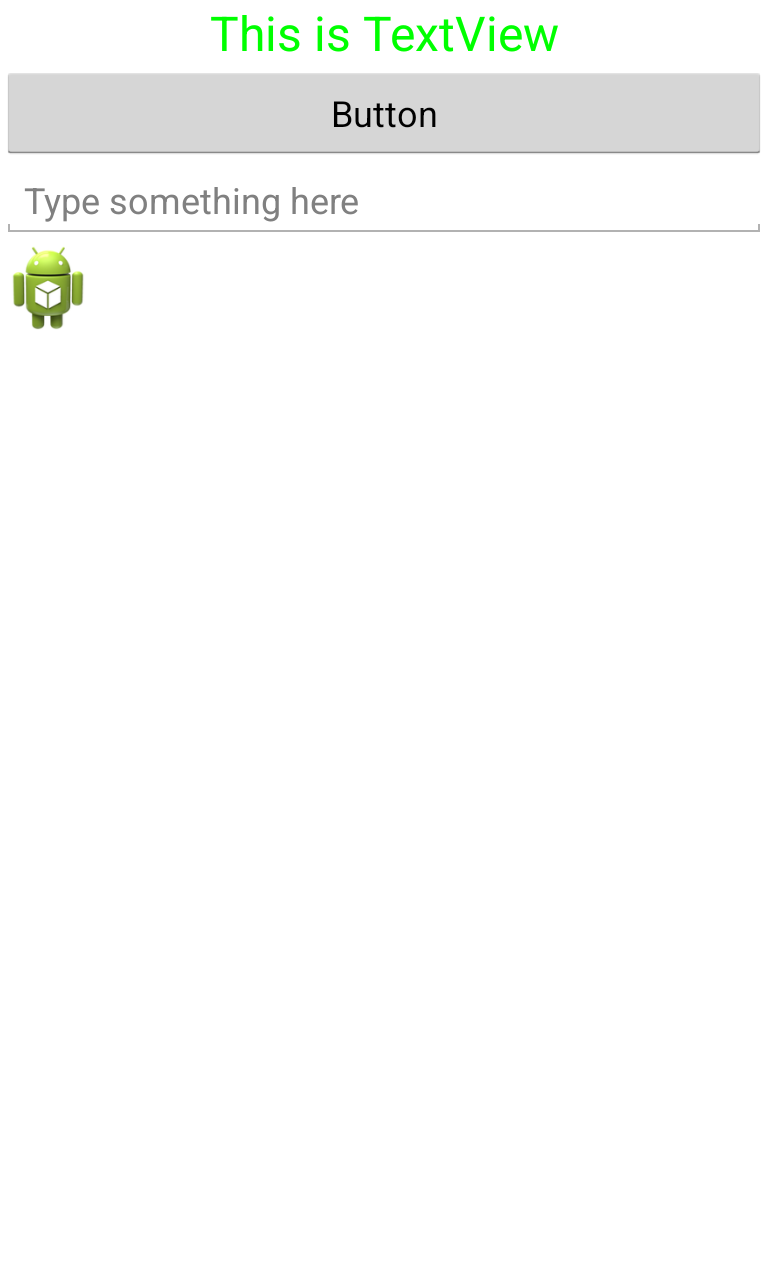
Repository: Wang-Xuan/Hello-World
Layout: UIWidgetTest/res/layout/activity_main.xml
An editor plug-in stored every save of this project. The layout is shown before and after the next save, followed by the edit.
It is drawn on a 768 x 1280 px phone screen (xhdpi) without system bars, with theme AppTheme; the app's code is not run.

Above is the layout before, as saved 2014-12-07 04:36:33.

After the next save:
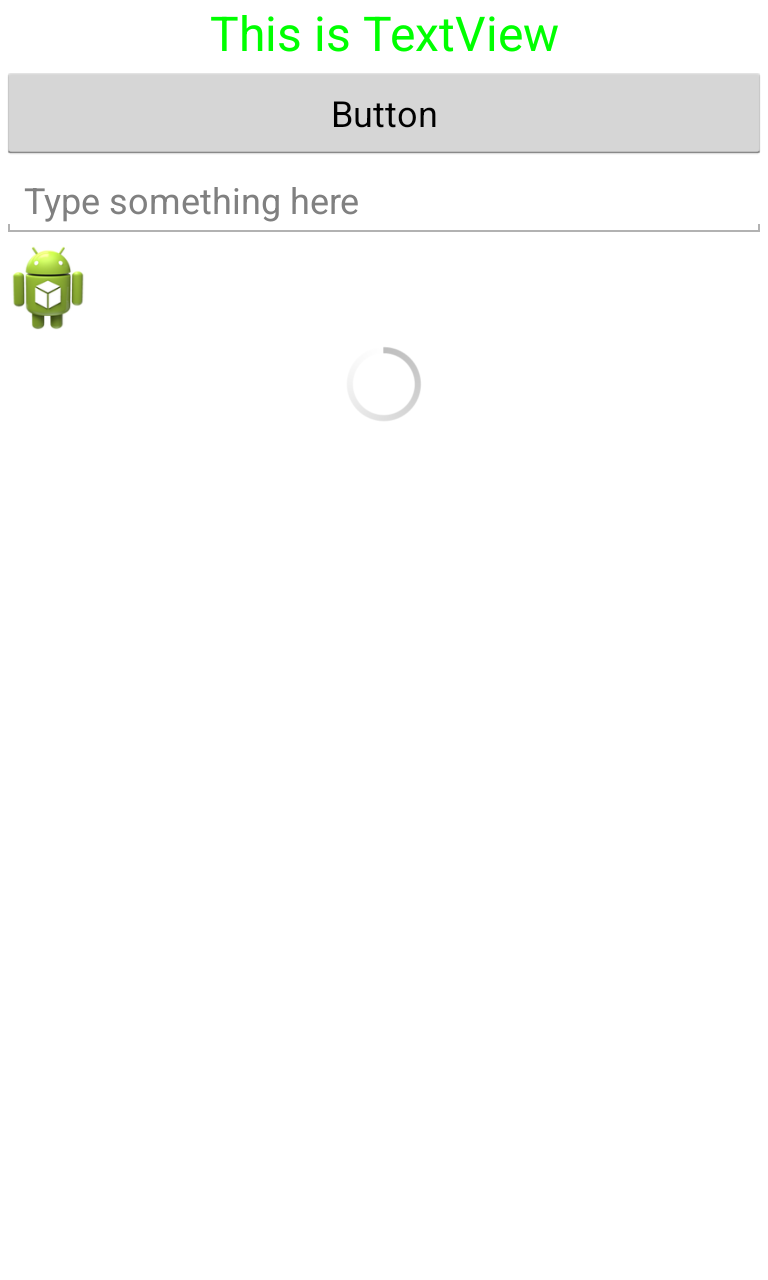
Saved 2 min 13 s later.
--- a/UIWidgetTest/res/layout/activity_main.xml
+++ b/UIWidgetTest/res/layout/activity_main.xml
@@ -32,4 +32,9 @@
         android:layout_height="wrap_content"
         android:src="@drawable/ic_launcher" />
 
+    <ProgressBar
+        android:id="@+id/progress_bar"
+        android:layout_width="match_parent"
+        android:layout_height="wrap_content" />
+
 </LinearLayout>
